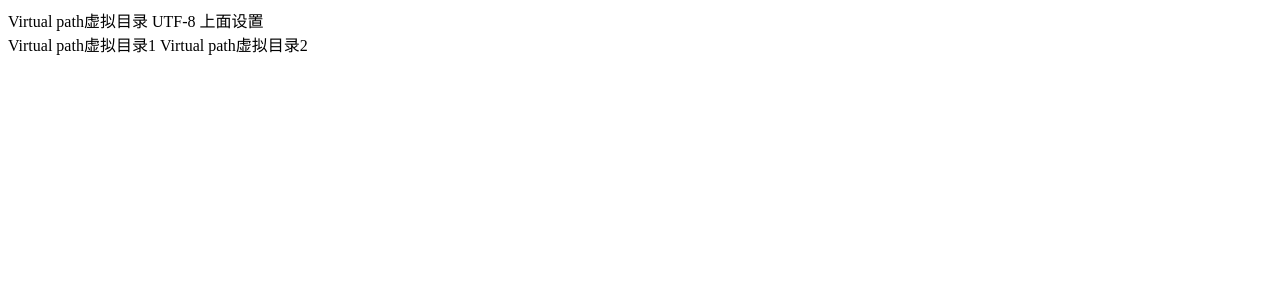
Repository: 1040003585/JavaWebTextbook
Page: http://localhost/helloapp/helloapp.jsp
These files come from the project's save history. The page is drawn as it stood at one moment and after the next save; the edit follows.
The browser window is 1280 px wide. The pictures show the whole page.
The page is served by Tomcat 9.

Above is the page before, as saved 2016-03-07 04:25:45.

After the next save:
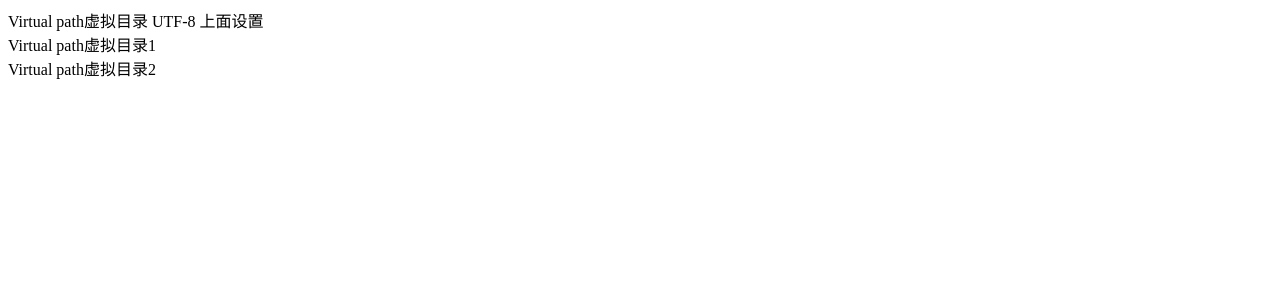
Saved 88 s later.
--- a/01第1章_JavaWeb应用开发技术概述/helloapp/WebContent/helloapp.jsp
+++ b/01第1章_JavaWeb应用开发技术概述/helloapp/WebContent/helloapp.jsp
@@ -8,7 +8,8 @@
 </head>
 <body>
   Virtual path虚拟目录  UTF-8 上面设置<br>
-  	<%out.println(" Virtual path虚拟目录1  ");
-  	out.println(" Virtual path虚拟目录2  "); %>
+  	<%out.println(" Virtual path虚拟目录1  <br>");
+  	out.println(" Virtual path虚拟目录2  ");
+  	%>
 </body>
 </html>

After the save that followed:
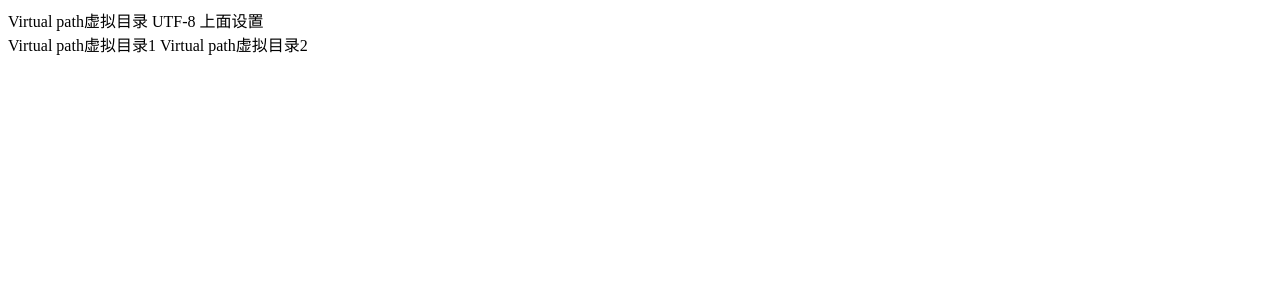
Saved 8 s later.
--- a/01第1章_JavaWeb应用开发技术概述/helloapp/WebContent/helloapp.jsp
+++ b/01第1章_JavaWeb应用开发技术概述/helloapp/WebContent/helloapp.jsp
@@ -8,7 +8,7 @@
 </head>
 <body>
   Virtual path虚拟目录  UTF-8 上面设置<br>
-  	<%out.println(" Virtual path虚拟目录1  <br>");
+  	<%out.println(" Virtual path虚拟目录1  ");
   	out.println(" Virtual path虚拟目录2  ");
   	%>
 </body>
